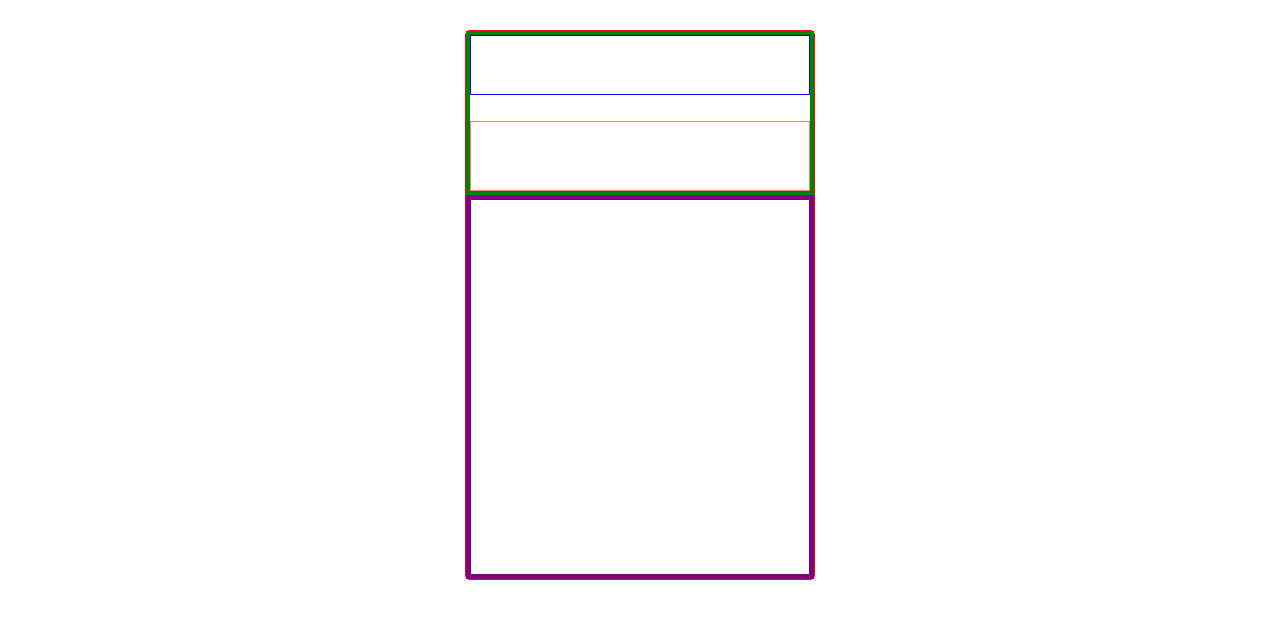
Repository: OfirLana/Calculator
Page: index.html
These files come from the project's save history. The page is drawn as it stood at one moment and after a run of saves; the edit follows.
The browser window is 1280 px wide. The pictures show the whole page.

Above is the page before, as saved 2019-03-12 18:07:58.

After the next 2 saves:
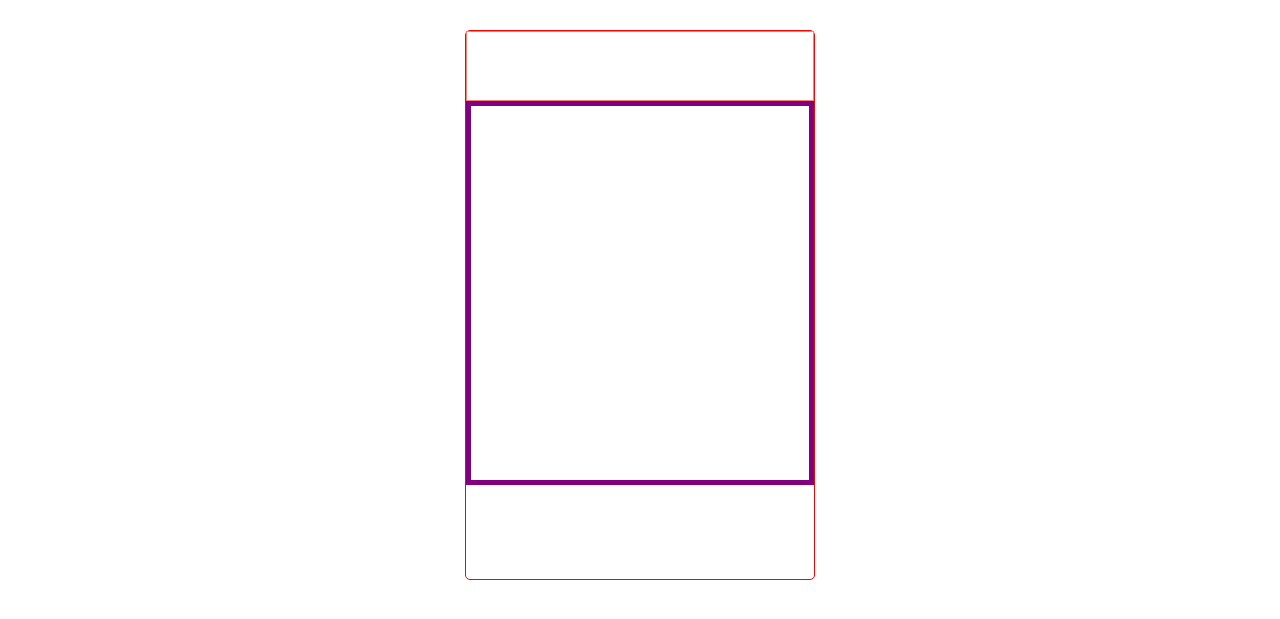
The 2 saves are shown as one change because they came seconds apart.
The last was saved 37 s later.
--- a/index.html
+++ b/index.html
@@ -12,8 +12,8 @@
 
 <body>
     <div class="calculator">
-        <div class="out_put_box">
-            <div class="main_out_put">
+        <div class="output_box">
+            <div class="main_output">
                 <span class="main_output_text">
 
                 </span>
